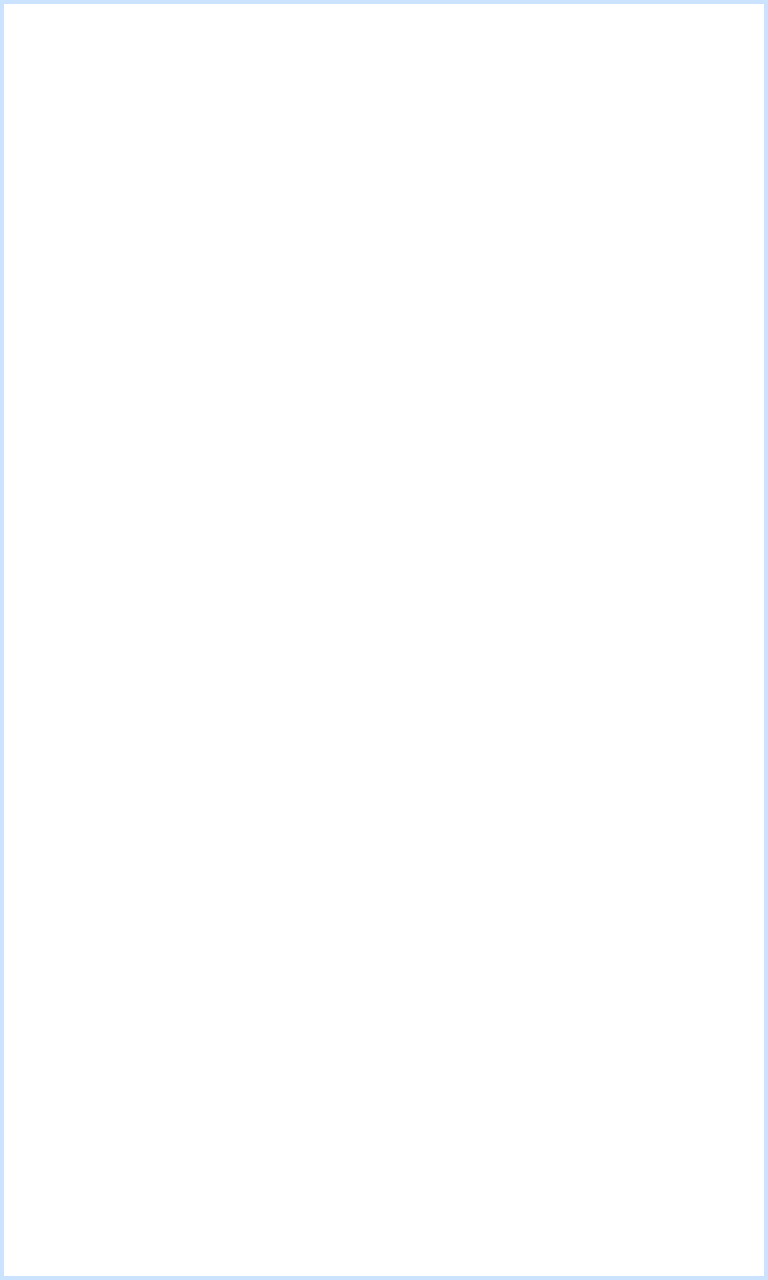
Repository: paceuniversity/gsd2014-team5
Layout: workspace/HealthyEating/res/layout/recipe.xml
An editor plug-in stored every save of this project. The layout is shown before and after the next save, followed by the edit.
It is drawn on a 768 x 1280 px phone screen (xhdpi) without system bars, with theme AppTheme; the app's code is not run.

Above is the layout before, as saved 2014-05-06 03:07:52.

After the next save:
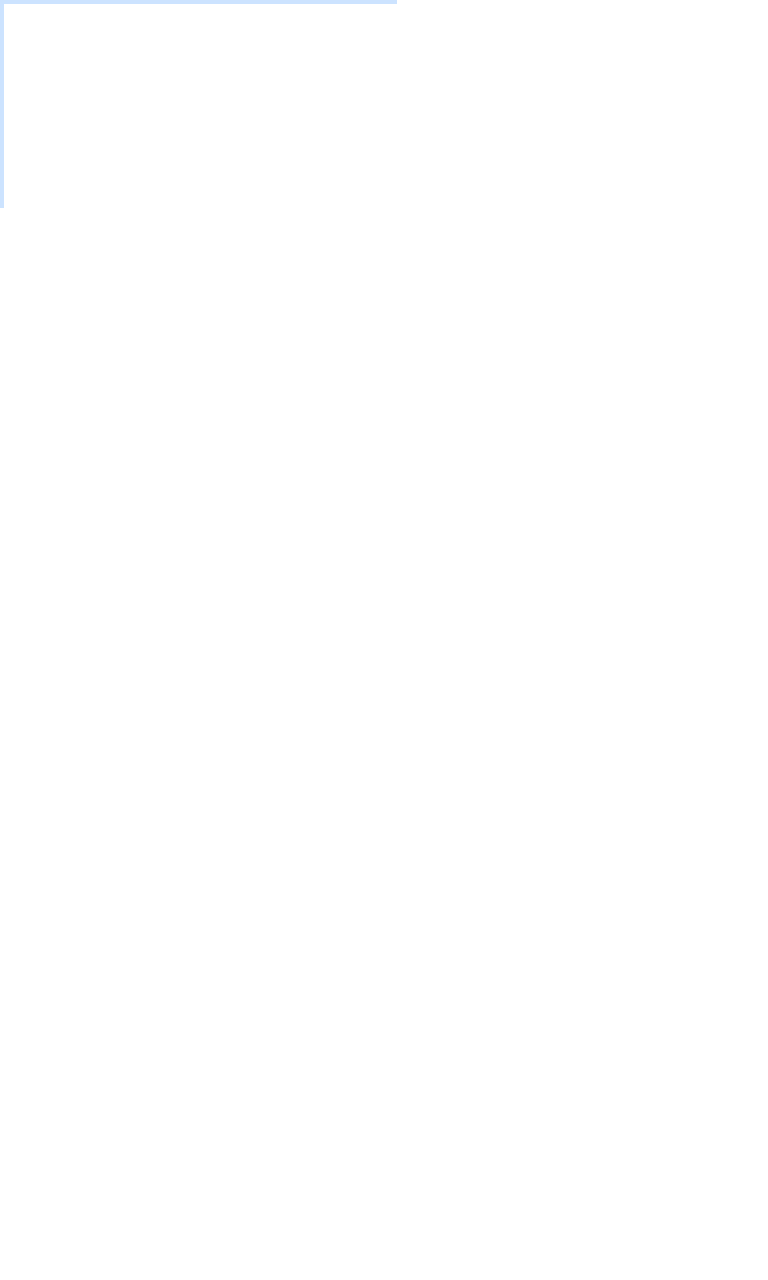
Saved 86 s later.
--- a/workspace/HealthyEating/res/layout/recipe.xml
+++ b/workspace/HealthyEating/res/layout/recipe.xml
@@ -2,14 +2,14 @@
 <RelativeLayout xmlns:android="http://schemas.android.com/apk/res/android"
     android:layout_width="fill_parent"
     android:layout_height="fill_parent"
-    android:alpha=".9"
-    android:background="#7786BCFF"
     >
 
     <RelativeLayout
         android:id="@+id/headerHolder"
         android:layout_width="wrap_content"
         android:layout_height="wrap_content"
+        android:alpha=".9"
+    	android:background="#7786BCFF"
         >
     <ImageView
         android:id="@+id/Map_Zanzibar"
